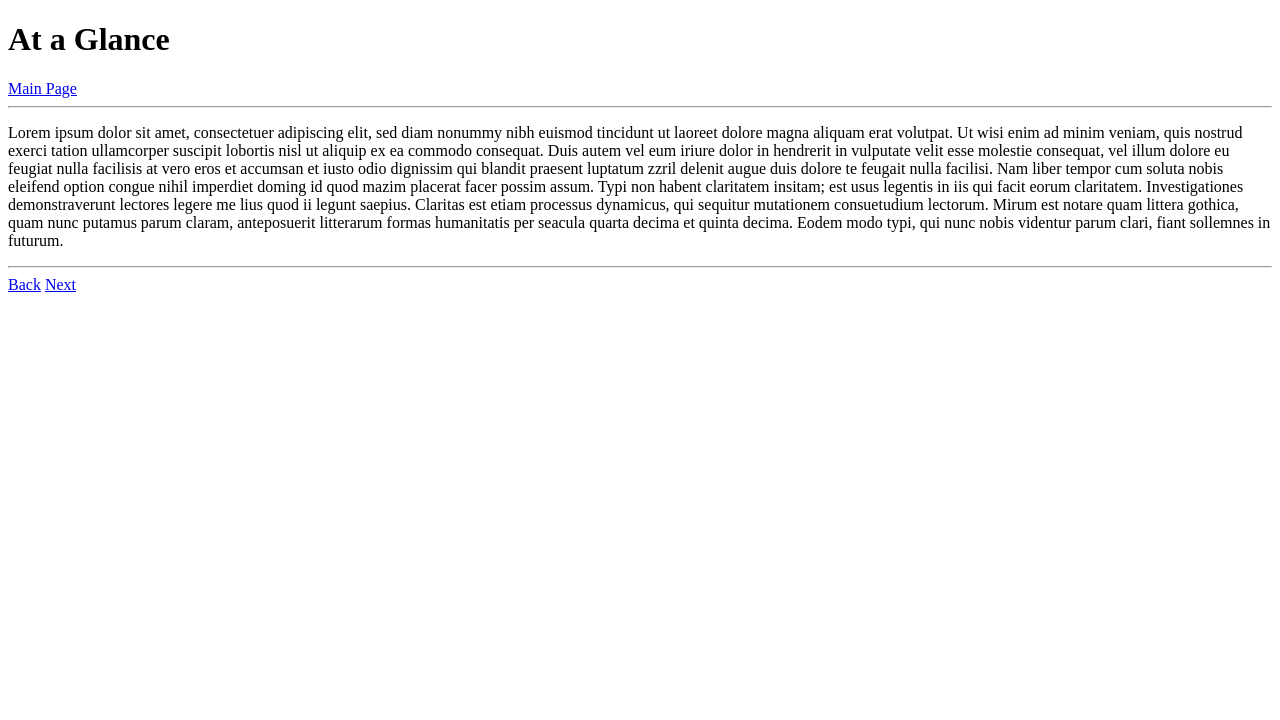
Repository: cjj343/html_resume
Page: at_a_glance.html
The author's editor kept a record of every edit. The page is drawn from the files as they stood at one moment, then again after the next edit.
The browser window is 1280 px wide. The pictures show the whole page.

Above is the page before.

### at_a_glance.html
<!DOCTYPE html>
<html>
    <html lang="en">
<head>
    <meta charset="UTF-8">
    <title>At a Glance</title>
</head>
<body>
    <div>
        <h1>At a Glance</h1>
        <a href="index.html">Main Page</a>
        <hr>
    </div>
    <p>Lorem ipsum dolor sit amet, consectetuer adipiscing elit,
    sed diam nonummy nibh euismod tincidunt ut laoreet dolore
    magna aliquam erat volutpat. Ut wisi enim ad minim veniam,
    quis nostrud exerci tation ullamcorper suscipit lobortis nisl
    ut aliquip ex ea commodo consequat. Duis autem vel eum iriure
    dolor in hendrerit in vulputate velit esse molestie consequat,
    vel illum dolore eu feugiat nulla facilisis at vero eros et
    accumsan et iusto odio dignissim qui blandit praesent luptatum
    zzril delenit augue duis dolore te feugait nulla facilisi.
    Nam liber tempor cum soluta nobis eleifend option congue
    nihil imperdiet doming id quod mazim placerat facer possim
    assum. Typi non habent claritatem insitam; est usus legentis
    in iis qui facit eorum claritatem. Investigationes
    demonstraverunt lectores legere me lius quod ii legunt saepius.
    Claritas est etiam processus dynamicus, qui sequitur mutationem
    consuetudium lectorum. Mirum est notare quam littera gothica,
    quam nunc putamus parum claram, anteposuerit litterarum formas
    humanitatis per seacula quarta decima et quinta decima. Eodem
    modo typi, qui nunc nobis videntur parum clari, fiant sollemnes
    in futurum.</p>
    <div>

    </div>

    <div>
        <hr>
        <a href="introduction.html">Back</a>
        <a href="employment.html">Next</a>
    </div>
</body>
</html>

After the next edit:
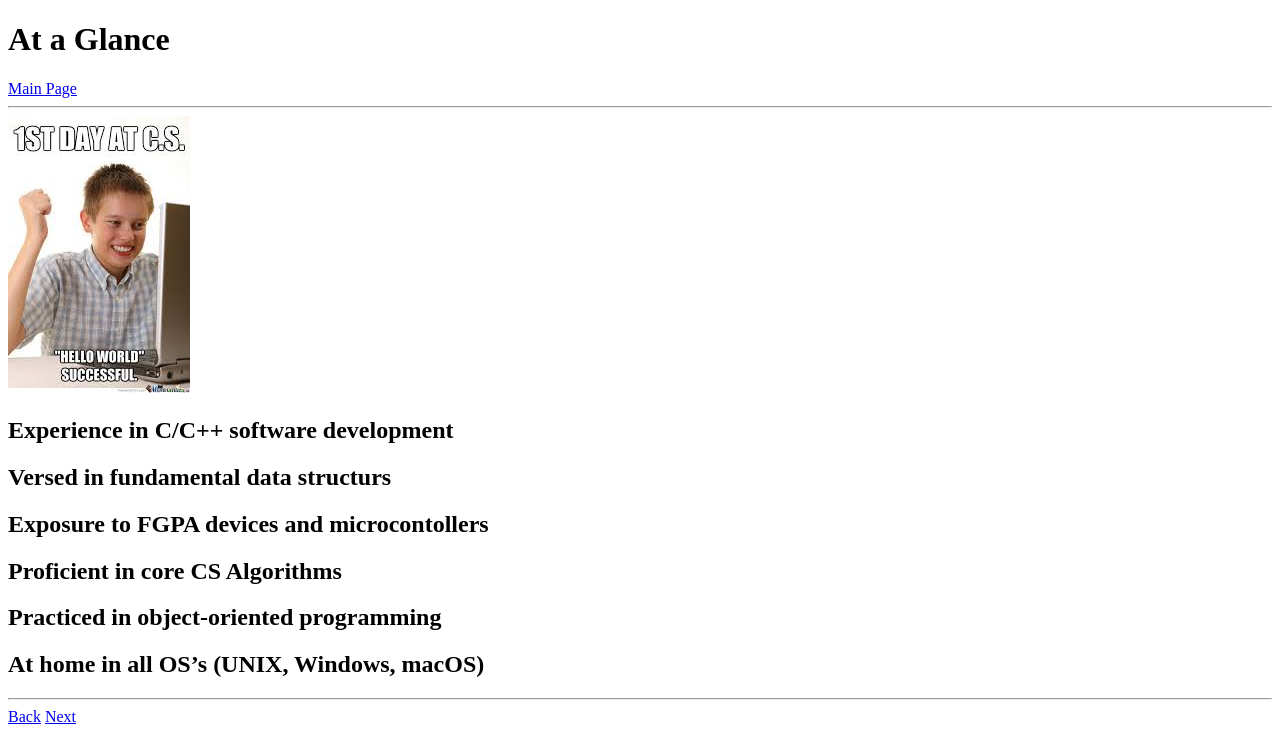
The edit:
--- a/at_a_glance.html
+++ b/at_a_glance.html
@@ -11,28 +11,16 @@
         <a href="index.html">Main Page</a>
         <hr>
     </div>
-    <p>Lorem ipsum dolor sit amet, consectetuer adipiscing elit,
-    sed diam nonummy nibh euismod tincidunt ut laoreet dolore
-    magna aliquam erat volutpat. Ut wisi enim ad minim veniam,
-    quis nostrud exerci tation ullamcorper suscipit lobortis nisl
-    ut aliquip ex ea commodo consequat. Duis autem vel eum iriure
-    dolor in hendrerit in vulputate velit esse molestie consequat,
-    vel illum dolore eu feugiat nulla facilisis at vero eros et
-    accumsan et iusto odio dignissim qui blandit praesent luptatum
-    zzril delenit augue duis dolore te feugait nulla facilisi.
-    Nam liber tempor cum soluta nobis eleifend option congue
-    nihil imperdiet doming id quod mazim placerat facer possim
-    assum. Typi non habent claritatem insitam; est usus legentis
-    in iis qui facit eorum claritatem. Investigationes
-    demonstraverunt lectores legere me lius quod ii legunt saepius.
-    Claritas est etiam processus dynamicus, qui sequitur mutationem
-    consuetudium lectorum. Mirum est notare quam littera gothica,
-    quam nunc putamus parum claram, anteposuerit litterarum formas
-    humanitatis per seacula quarta decima et quinta decima. Eodem
-    modo typi, qui nunc nobis videntur parum clari, fiant sollemnes
-    in futurum.</p>
+
+    <img src="meme1.jpg" alt="success meme" name="success meme">
+
     <div>
-
+        <p><h2>Experience in C/C++ software development</h2></p>
+        <p><h2>Versed in fundamental data structurs</h2></p>
+        <p><h2>Exposure to FGPA devices and microcontollers</h2></p>
+        <p><h2>Proficient in core CS Algorithms</h2></p>
+        <p><h2>Practiced in object-oriented programming</h2></p>
+        <p><h2>At home in all OS’s (UNIX, Windows, macOS)</h2></p>
     </div>
 
     <div>
